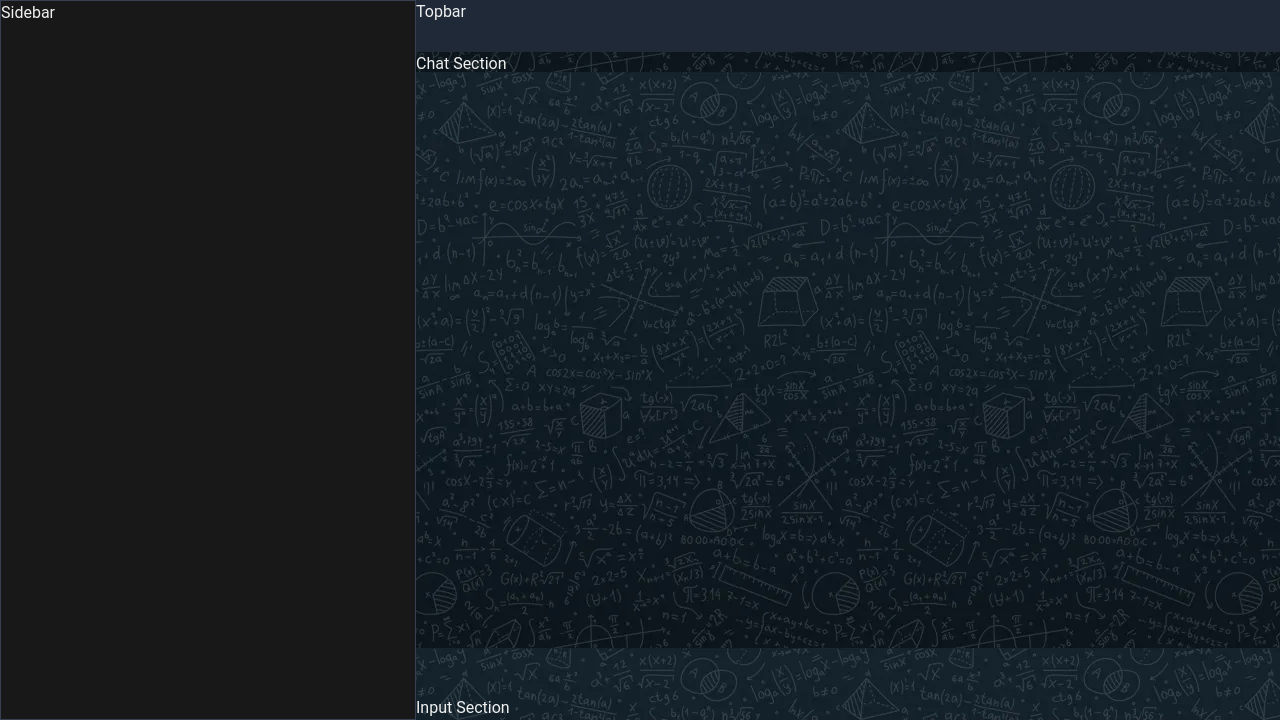
Repository: Qu4ntumGuy/telegram-clone
Page: /
These files come from the project's save history. The page is drawn as it stood at one moment and after the next save; the edit follows.
The browser window is 1280 px wide. The pictures show the whole page.
The project was rebuilt for these pictures with package versions that can differ from the ones it lists, and the page was loaded fresh each time. Also part of the build but not shown: src/Utils/ContextProvider.js.

Above is the page before, as saved 2024-07-15 11:35:37.

After the next save:
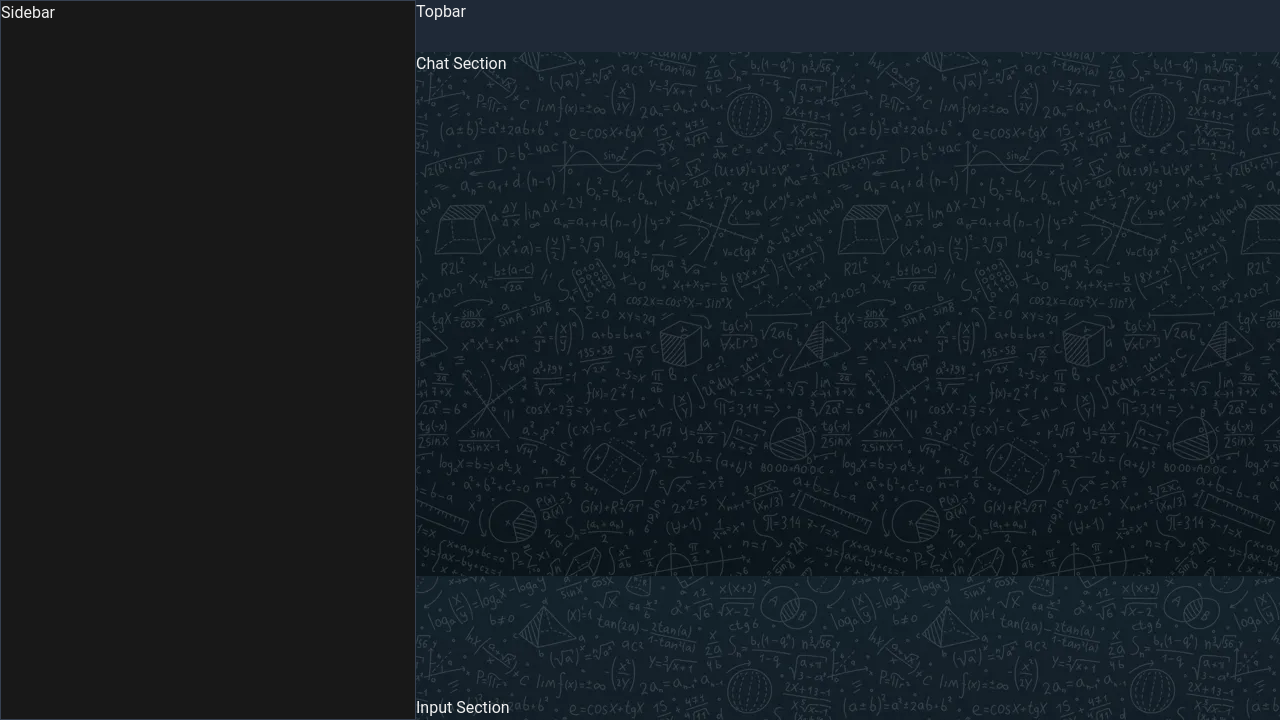
Saved 7 s later.
--- a/src/Pages/Home/Home.js
+++ b/src/Pages/Home/Home.js
@@ -14,7 +14,7 @@ function Home() {
   //   };
   return (
     <div
-      className="flex flex-col justify-center bg-center h-screen w-full "
+      className="flex flex-col justify-center h-screen w-full "
       style={{ backgroundImage: `url(${backgroundImage})` }}
     >
       <div className="top-0 mb-auto h-14 border-b border-gray-800 bg-gray-800">
